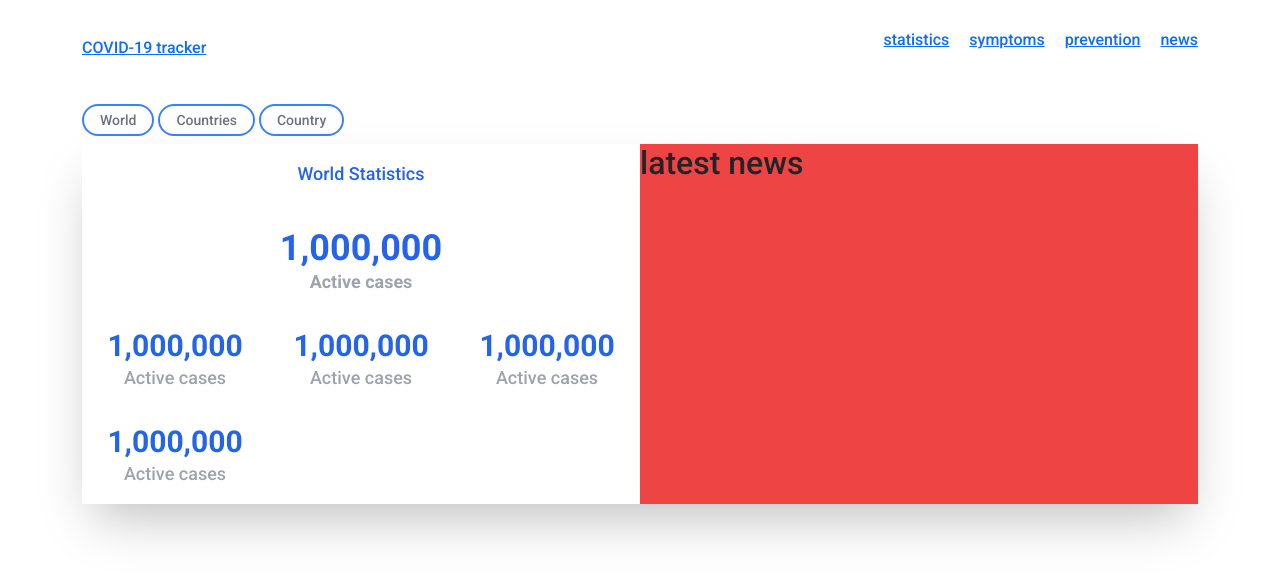
Repository: latenightsnacc/covid-19tracker
Page: design/index.html
The author's editor kept a copy of each file at every save. The page is drawn from the files as they stood at one save, then again after the next save.
The browser window is 1280 px wide. The pictures show the whole page.
Some web libraries are served in a nearby version.

Above is the page before, as saved 2021-07-23 11:04:17.

### design/index.html
<!DOCTYPE html>
<html lang="en">
<head>
    <meta charset="UTF-8">
    <meta http-equiv="X-UA-Compatible" content="IE=edge">
    <meta name="viewport" content="width=device-width, initial-scale=1.0">
    <!--Tailwind Css-->
    <link href="https://unpkg.com/tailwindcss@^2/dist/tailwind.min.css" rel="stylesheet">
    <!--Bootstrap CSS-->
    <link href="https://cdn.jsdelivr.net/npm/bootstrap@5.0.0-beta3/dist/css/bootstrap.min.css" rel="stylesheet" integrity="sha384-eOJMYsd53ii+scO/bJGFsiCZc+5NDVN2yr8+0RDqr0Ql0h+rP48ckxlpbzKgwra6" crossorigin="anonymous">
    <!--Font Awesome 5 CDN-->
    <link href="https://cdnjs.cloudflare.com/ajax/libs/font-awesome/5.13.0/css/all.min.css" rel="stylesheet">
    <!--Roboto: Google Font-->
    <link rel="preconnect" href="https://fonts.googleapis.com">
<link rel="preconnect" href="https://fonts.gstatic.com" crossorigin>
<link href="https://fonts.googleapis.com/css2?family=Roboto:wght@300;500;700&display=swap" rel="stylesheet">
    <title>COVID-19 Tracker</title>
    <style>
        * {
            font-family: 'Roboto', sans-serif;
        }
        #coco {

            fill: rgb(1, 1, 58);
            stroke: rgb(95, 4, 80);
            stroke-width: 5px;
            animation: virus-spin infinite 20s linear;

        }

        @keyframes virus-spin {
            from {
                /* transform: rotate(0deg); */
                transform: rotateZ(0deg);
            }
            to {
                transform: rotateZ(-360deg);
            }
        }

    </style>
</head>
<body>
    <main class="m-auto">
        <!--Navigation Component-->
        <div class="container">
            <nav class="flex justify-between w-100 items-center h-24">
                <a href="index.html">
                    <div>COVID-19 tracker</div>
                </a>
                <ul class="flex">
                    <li>
                        <a href="">statistics</a>
                    </li>
                    <li class="ml-5">
                        <a href="">symptoms</a>
                    </li>
                    <li class="ml-5">
                        <a href="">prevention</a>
                    </li>
                    <li class="ml-5">
                        <a href="">news</a>
                    </li>
                </ul>
            </nav>
        </div>

        <div class="container">
            <div class="tags py-2">
                <button class="border-2 border-blue-500 px-3 py-1 rounded-2xl text-gray-500 hover:bg-blue-500 hover:text-white text-mute text-sm capitalize">world</button>
                <button class="border-2 border-blue-500 px-3 py-1 rounded-2xl text-gray-500 hover:bg-blue-500 hover:text-white text-mute text-sm capitalize">countries</button>
                <button class="border-2 border-blue-500 px-3 py-1 rounded-2xl text-gray-500 hover:bg-blue-500 hover:text-white text-mute text-sm capitalize">country</button>
            </div>
            <div class="flex flex-col md:flex-row  shadow-2xl">

                <div class="w-100 md:w-1/2 ">
                    <h1 class="text-blue-600 text-center py-3 text-lg">World Statistics</h1>
                    <div class="stats">
                        <div class="w-56 flex flex-col items-center justify-center p-3 m-auto">
                            <span class="text-4xl text-blue-600 font-bold">1,000,000</span>
                            <span class="text-lg text-gray-400 font-bold">Active cases</span>
                        </div>
                        <div class="grid grid-rows-auto grid-cols-3">
                            <div class="flex flex-col items-center justify-center p-3">
                                <span class="text-3xl text-blue-600 font-bold">1,000,000</span>
                                <span class="text-lg text-gray-400 font-semi">Active cases</span>
                            </div>
                            <div class="flex flex-col items-center justify-center p-3">
                                <span class="text-3xl text-blue-600 font-bold">1,000,000</span>
                                <span class="text-lg text-gray-400 font-semi">Active cases</span>
                            </div>
                            <div class="flex flex-col items-center justify-center p-3">
                                <span class="text-3xl text-blue-600 font-bold">1,000,000</span>
                                <span class="text-lg text-gray-400 font-semi">Active cases</span>
                            </div>
                            <div class="flex flex-col items-center justify-center p-3">
                                <span class="text-3xl text-blue-600 font-bold">1,000,000</span>
                                <span class="text-lg text-gray-400 font-semi">Active cases</span>
                            </div>
                        </div>

                    </div>

                </div>
                <div class="w-100 md:w-1/2 bg-red-500"">
                    <h2>latest news</h2>

                </div>

            </div>
        </div>
    </main>
</body>
</html>

After the next save:
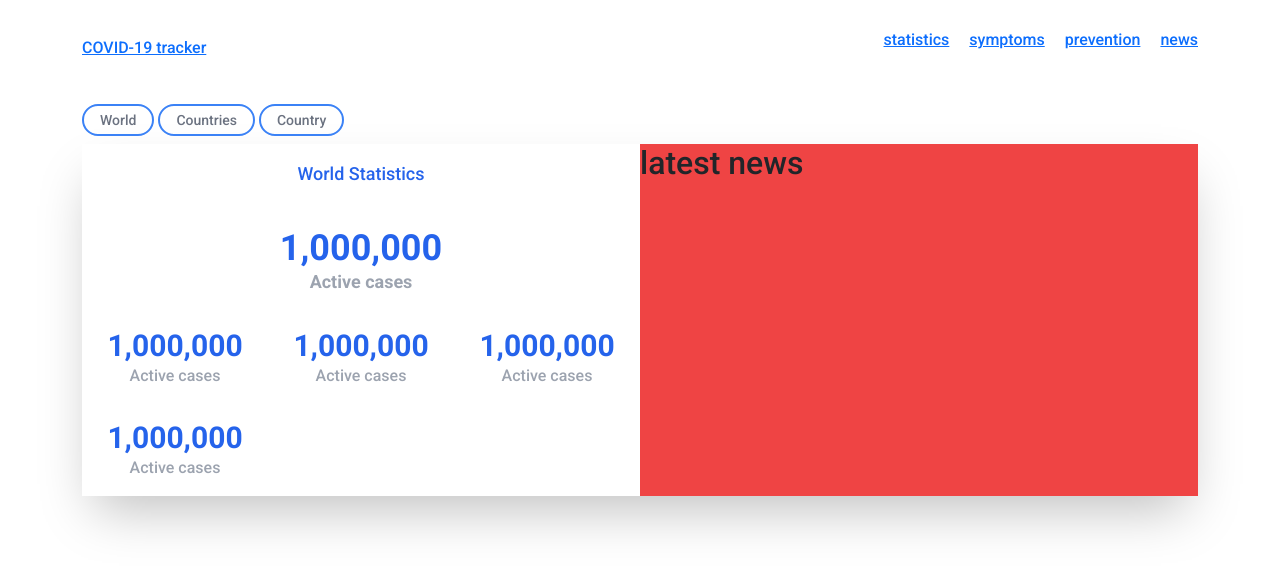
Saved 16 s later.
--- a/design/index.html
+++ b/design/index.html
@@ -83,19 +83,19 @@
                         <div class="grid grid-rows-auto grid-cols-3">
                             <div class="flex flex-col items-center justify-center p-3">
                                 <span class="text-3xl text-blue-600 font-bold">1,000,000</span>
-                                <span class="text-lg text-gray-400 font-semi">Active cases</span>
+                                <span class="text-normal text-gray-400 font-semi">Active cases</span>
                             </div>
                             <div class="flex flex-col items-center justify-center p-3">
                                 <span class="text-3xl text-blue-600 font-bold">1,000,000</span>
-                                <span class="text-lg text-gray-400 font-semi">Active cases</span>
+                                <span class="text-normal text-gray-400 font-semi">Active cases</span>
                             </div>
                             <div class="flex flex-col items-center justify-center p-3">
                                 <span class="text-3xl text-blue-600 font-bold">1,000,000</span>
-                                <span class="text-lg text-gray-400 font-semi">Active cases</span>
+                                <span class="text-normal text-gray-400 font-semi">Active cases</span>
                             </div>
                             <div class="flex flex-col items-center justify-center p-3">
                                 <span class="text-3xl text-blue-600 font-bold">1,000,000</span>
-                                <span class="text-lg text-gray-400 font-semi">Active cases</span>
+                                <span class="text-normal text-gray-400 font-semi">Active cases</span>
                             </div>
                         </div>
 
